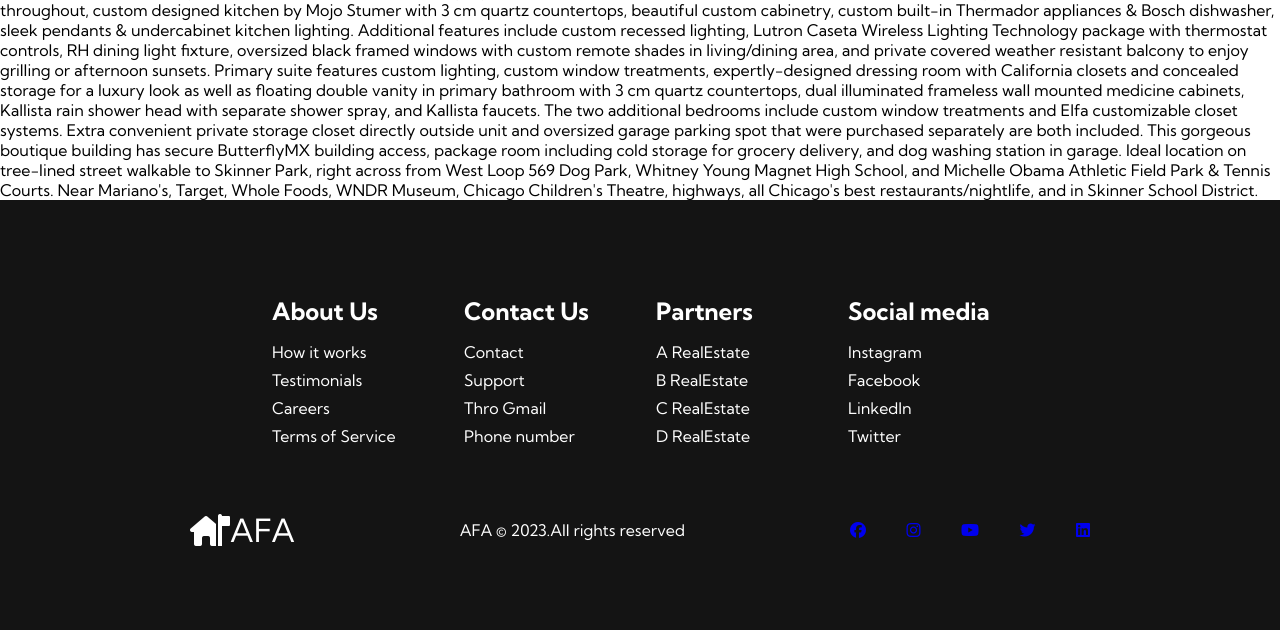
Repository: MrAllin1/ProgWWW_23_Gr1
Page: pages/Apartment1.html
These files come from the project's save history. The page is drawn as it stood at one moment and after the next save; the edit follows.
The browser window is 1280 px wide. The pictures show the part of the page from y = 709 to 1479 px (the page is 1339 px tall before and 1479 px after).
A picture or video elsewhere on the page could not be fetched, so the positions and the page height are approximate. Some web libraries are served in a nearby version.

Above is the page before, as saved 2024-01-11 01:47:22.

### pages/Apartment1.html
<!DOCTYPE html>
<html lang="en">
<head>
    <meta charset="UTF-8">
    <meta name="viewport" content="width=device-width, initial-scale=1.0">
    <link rel="stylesheet" type="text/css" href="../pages/stylesForHouse.css">
    <script src="https://kit.fontawesome.com/186711ed6a.js" crossorigin="anonymous"></script>
    <link rel="preconnect" href="https://fonts.googleapis.com">
    <link rel="preconnect" href="https://fonts.gstatic.com" crossorigin>
    <link href="https://fonts.googleapis.com/css2?family=Kumbh+Sans:wght@400;700&display=swap" rel="stylesheet">
    <title>Apartment on Chicago</title>
</head>
<body>
    <nav class="navbar">
        <div class="navbar_container">
            <a href="/" id="navbar_logo"> <i class="fas fa-house-flag"></i>AFA</a>
            <div class="navbar_toggle" id="mobile-menu">
                <span class="bar"></span>
                <span class="bar"></span>
                <span class="bar"></span>
            </div>
            <ul class="navbar_menu">
                <li class="navbar_item">
                    <a href="#home" class="navbar_link">Home</a>
                </li>
                <li class="navbar_item">
                    <a href="#services" class="navbar_link">Services</a>
                </li>
                <li class="navbar_item">
                    <a href="/pages/BuyRent.html" class="navbar_link">Buy/Rent</a>
                </li>
                <li class="navbar_item">
                    <a href="/pages/sell.html" class="navbar_link">Sell</a>
                </li>
                <li class="navbar_btn">
                    <a href="/pages/signUp.html" class="button">Sign Up</a>
                </li>
            </ul>
        </div>
    </nav>
    <div class="gallery-container">
        <h2>Welcome to the Chicago, IL 60607 Apartment</h2> </br>
        <a href="https://www.google.com/maps/place/1400+W+Monroe+St+Unit+3D,+Chicago,+IL+60607/@41.8921309,-87.6437649,17z/data=!3m1!4b1!4m5!3m4!1s0x880e2c022b8c54db:0xb0636704019237d3!8m2!3d41.8921309!4d-87.6415762" target="_blank" class="services_link1">1400 W Monroe St Unit 3D, Chicago, IL 60607</a> </br>
        <p>$1,135,000</p></br>
        <span> 171 square meters</span>
        <div class="gallery">
            <img src="/images/Apartment_1/item_1.jpg" alt="Image 1" />
            <img src="/images/Apartment_1/item_2.jpg" alt="Image 2" />
            <img src="/images/Apartment_1/item_3.jpg" alt="Image 3" />
            <img src="/images/Apartment_1/item_4.jpg" alt="Image 4" />
            <img src="/images/Apartment_1/item_5.JPG" alt="Image 5" />
            <img src="/images/Apartment_1/item_6.JPG" alt="Image 6" />
            <img src="/images/Apartment_1/item_7.JPG" alt="Image 7" />
            <img src="/images/Apartment_1/item_8.JPG" alt="Image 8" />
            <img src="/images/Apartment_1/item_9.JPG" alt="Image 9" />
            <img src="/images/Apartment_1/item_10.jpg" alt="Image 10" />
            <img src="/images/Apartment_1/item_11.jpg" alt="Image 11" />
            <img src="/images/Apartment_1/item_12.jpg" alt="Image 12" />
            <img src="/images/Apartment_1/item_13.jpg" alt="Image 13" />
            <img src="/images/Apartment_1/item_14.jpg" alt="Image 14" />
            <img src="/images/Apartment_1/item_15.JPG" alt="Image 15" />
            <img src="/images/Apartment_1/item_16.jpg" alt="Image 16" />
            <img src="/images/Apartment_1/item_17.jpg" alt="Image 17" />
            <img src="/images/Apartment_1/item_18.jpg" alt="Image 18" />
            <img src="/images/Apartment_1/item_19.jpg" alt="Image 19" />
            <img src="/images/Apartment_1/item_20.jpg" alt="Image 20" />
            <img src="/images/Apartment_1/item_21.jpg" alt="Image 21" />
            <img src="/images/Apartment_1/item_22.jpg" alt="Image 22" />
          </div>

          <button class="arrow-button left">&#8249;</button>
          <button class="arrow-button right">&#8250;</button>
          <p> About this home
            Stunning 3Bed/2.5Bath corner condo in the gorgeous, newer construction 1400 W Monroe Residences!
            Distinctly upgraded unit includes hardwood floors throughout, custom designed kitchen by Mojo Stumer
            with 3 cm quartz countertops, beautiful custom cabinetry, custom built-in Thermador appliances & Bosch
            dishwasher, sleek pendants & undercabinet kitchen lighting. Additional features include custom recessed
            lighting, Lutron Caseta Wireless Lighting Technology package with thermostat controls, RH dining light
            fixture, oversized black framed windows with custom remote shades in living/dining area, and private
            covered weather resistant balcony to enjoy grilling or afternoon sunsets. Primary suite features custom
            lighting, custom window treatments, expertly-designed dressing room with California closets and concealed
            storage for a luxury look as well as floating double vanity in primary bathroom with 3 cm quartz countertops,
            dual illuminated frameless wall mounted medicine cabinets, Kallista rain shower head with separate shower spray,
            and Kallista faucets. The two additional bedrooms include custom window treatments and Elfa customizable closet
            systems. Extra convenient private storage closet directly outside unit and oversized garage parking spot that
            were purchased separately are both included. This gorgeous boutique building has secure ButterflyMX building
            access, package room including cold storage for grocery delivery, and dog washing station in garage. Ideal
            location on tree-lined street walkable to Skinner Park, right across from West Loop 569 Dog Park, Whitney
            Young Magnet High School, and Michelle Obama Athletic Field Park & Tennis Courts. Near Mariano's, Target,
            Whole Foods, WNDR Museum, Chicago Children's Theatre, highways, all Chicago's best restaurants/nightlife,
            and in Skinner School District.</p>
    </div>


    <div class="footer_container">
        <div class="footer_links">
            <div class="footer_link-wrapper">
                <div class="footer_link-items">
                    <h2>About Us</h2>
                    <a href="/">How it works</a>
                    <a href="/">Testimonials</a>
                    <a href="/">Careers</a>
                    <a href="/">Terms of Service</a>
                </div>
                <div class="footer_link-items">
                    <h2>Contact Us</h2>
                    <a href="/">Contact</a>
                    <a href="/">Support</a>
                    <a href="/">Thro Gmail</a>
                    <a href="/">Phone number</a>
                </div>
            </div>
            <div class="footer_link-wrapper">
                <div class="footer_link-items">
                    <h2>Partners</h2>
                    <a href="/">A RealEstate</a>
                    <a href="/">B RealEstate</a>
                    <a href="/">C RealEstate</a>
                    <a href="/">D RealEstate</a>
                </div>
                <div class="footer_link-items">
                    <h2>Social media</h2>
                    <a href="https://www.instagram.com" target="_blank">Instagram</a>
                    <a href="https://www.facebook.com" target="_blank">Facebook</a>
                    <a href="https://www.linkedin.com" target="_blank">LinkedIn</a>
                    <a href="https://www.twitter.com" target="_blank">Twitter</a>
                </div>
            </div>
        </div>
        <div class="social_media">
            <div class="social_media-wrap">
                <div class="footer_logo">
                    <a href="/" id="footer_logo"> <i class="fas fa-house-flag"></i>AFA</a>
                </div>
                <p class="website_rights">AFA © 2023.All rights reserved</p>
                <div class="social_icons">
                    <a href="/" class="social_icon_link" target="_blank"><i class="fab fa-facebook"></i></a>
                    <a href="https://www.instagram.com" class="social_icon_link" target="_blank"><i class="fab fa-instagram"></i></a>
                    <a href="https://www.facebook.com" class="social_icon_link" target="_blank"><i class="fab fa-youtube"></i></a>
                    <a href="https://www.twitter.com" class="social_icon_link" target="_blank"><i class="fab fa-twitter"></i></a>
                    <a href="https://www.linkedin.com" class="social_icon_link" target="_blank"><i class="fab fa-linkedin"></i></a>
                </div>
            </div>
        </div>
    </div>

    <script src="../app.js"></script>

</body>
</html>

### pages/stylesForHouse.css
*{
    box-sizing: border-box;
    margin: 0;
    padding: 0;
    font-family:'Kumbh Sans', sans-serif;

}

.navbar{
    background: #131313;
    height: 80px;
    display: flex;
    justify-content: center;
    align-items: center;
    font-size: 1.2rem;
    position: sticky;
    top: 0;
    z-index: 999;
}
.navbar_container{
    display: flex;
    justify-content: space-between;
    height: 80px;
    z-index: 1;
    width: 100%;
    max-width: 1300px;
    margin: 0 auto;
    padding: 0 50px;
}
#navbar_logo{
    color: #ff8177;
    background-image:linear-gradient(to top,#ff0844 0%,#ffb199 100%);
    background-size: 100%;
    -webkit-background-clip: text;
    -moz-background-clip: text;
    -webkit-text-fill-color: transparent;
    -moz-text-fill-color: transparent;
    display: flex;
    align-items: center;
    cursor: pointer;
    text-decoration: none;
    font-size: 2rem;
}

.navbar_menu{
    display: flex;
    align-items: center;
    list-style: none;
    text-align: center;
}

.navbar_item{
    height: 80px;
}

.navbar_link{
    color: #fff;
    display: flex;
    align-items: center;
    justify-content: center;
    text-decoration: none;
    padding: 0rem 1rem;
    height: 100%;
}

.navbar_link:hover{
    color: #f77062;
    transition: all 0.3s ease;
}
.navbar_btn{
    display: flex;
    justify-content: center;
    align-items: center;
    padding: 0 1rem;
    width: 100%;
}
.button{
    display: flex;
    justify-content: center;
    align-items: center;
    text-decoration: none;
    padding: 10px 20px;
    height: 100%;
    width: 100%;
    border: none;
    outline: none;
    border-radius: 4px;
    background: #f77062;
    color: #fff;
}
.button:hover{
    background: whitesmoke;
    transition: all 0.3s ease;
    color: #f77062;
}

@media screen and (max-width:960px) {
    .navbar_container{
        display: flex;
        justify-content: space-between;
        height: 80px;
        z-index: 1;
        width: 100%;
        max-width: 1300px;
        padding: 0;
    }
    .navbar_menu{
        display: grid;
        grid-template-columns: auto;
        margin: 0;
        width: 100%;
        position: absolute;
        top: -1000px;
        opacity: 0;
        transition: all 0.5s ease;
        height: 50vh;
        z-index: -1;
        background: #131313;
    }
    .navbar_menu.active{
        top: 100%;
        opacity: 1;
        transition: all 0.5s ease;
        z-index: 1;
        height: 50vh;
        font-size: 1.6rem;
    }
    #navbar_logo{
        padding-left: 25px;
    }
    .navbar_toggle .bar{
        width: 25px;
        height: 3px;
        margin: 5px auto;
        transition: all 0.3s ease-in-out;
        background: #fff;
    }
    .navbar_item{
        width: 100%;
    }
    .navbar_link{
        text-align: center;
        padding: 2rem;
        width: 100%;
        display: table;
    }

    #mobile-menu{
        position: absolute;
        top: 20%;
        right: 5%;
        transform: translate(5%,20%);
    }

    .navbar_toggle .bar{
        display: block;
        cursor: pointer;
    }
    #mobile-menu.is-active .bar:nth-child(2){
        opacity: 0;
    }
    #mobile-menu.is-active .bar:nth-child(1){
        transform: translateY(8px) rotate(45deg);
    }
    #mobile-menu.is-active .bar:nth-child(3){
        transform: translateY(-8px) rotate(-45deg);
    }
    .navbar_btn{
        padding-bottom: 2rem;
    }
    .button{
        display: flex;
        justify-content: center;
        align-items:center;
        width: 80%;
        height: 80px;
        margin: 0;
    }
}



/* Hero section css*/

.main{
    background-color: #141414;
}
.main_container{
    display: grid;
    grid-template-columns: 1fr 1fr;
    align-items: center;
    justify-self:center ;
    margin: 0 auto;
    height: 90vh;
    background-color:#141414 ;
    z-index: 1;
    width: 100%;
    max-width: 1200px;
    padding: 0 50px;
}



/* Mobile Responsive */

@media screen and (max-width:768px) {
    .main_container{
        display: grid;
        grid-template-columns: auto;
        align-items: center;
        justify-self: center;
        width: 100%;
        margin: 0 auto;
        height: 90vh;
    }
    .main_content{
        text-align: center;
        margin-bottom: 4rem;
    }
    .main_content h1{
        font-size: 2.5rem;
        margin-top: 2rem;
    }
    .main_content h2{
        font-size: 3rem;
    }
    .main_content p{
        margin-top: 1rem;
        font-size: 1.2rem;
        color: whitesmoke;
    }
}

@media screen and (max-width:480px) {
    .main_content h1{
        font-size: 2rem;
        margin-top: 3rem;
    }
    .main_content h2{
        font-size: 2rem;
    }
    .main_content p{
        margin-top: 2rem;
        font-size: 1.5rem;
    }
    .main_btn{
        padding: 12px 36px;
        margin: 2.5rem 0;
    }
}
/* Services Section CSS */
.services{
    background: #141414;
    display: flex;
    flex-direction: column;
    align-items: center;
    height: 100vh;
}

.services h1{
    background-color: #ff8177;
    background-image: linear-gradient(to right, #ff8177,0%,#ff867a 0%,#ff8c7f 21%,#ff9185 52%,#cf556c 78%,#b12a5b 100%);
    background-size: 100%;
    margin-bottom: 5rem;
    font-size: 2.5rem;
    -webkit-background-clip: text;
    -moz-background-clip: text;
    -webkit-text-fill-color: transparent;
    -moz-text-fill-color: transparent;
}

.services_container{
    display: flex;
    justify-content: center;
    flex-wrap: wrap;
}
.gallery {
    display: flex;
    transition: transform 0.5s ease-in-out; /* Add transition for smoother shifting */

  }
  .gallery-container {
    position: relative;
    overflow: hidden; /* Ensure that the gallery is contained within its parent */
}

.gallery img {
    width: 50%; /* Adjusted to 100% for full width */
    height: 50%; /* Adjusted to 100% for full height */
    object-fit: cover; /* Maintain aspect ratio and cover the container */
    margin: 10px;
    padding: 10px;
}

  .arrow-button {
    position: absolute;
    top: 50%;
    transform: translateY(-50%);
    width: 50px;
    height: 50px;
    background-color: rgba(0, 0, 0, 0.5);
    border: none;
    border-radius: 50%;
    color: white;
    font-size: 24px;
    cursor: pointer;
  }

  .arrow-button:hover {
    background-color: rgba(0, 0, 0, 0.8);
  }

  .arrow-button.left {
    left: 0;
  }

  .arrow-button.right {
    right: 0;
  }
.services_card {
    margin: 1rem;
    height: 525px;
    width: 400px;
    border-radius: 4px;
    background-size: 100% 100%;
    background-repeat: no-repeat;
    position: relative;
    color: #fff;
    display: flex;
    justify-content: center;
    align-items: center;
}
.services_link{
    position: absolute;
    top: 350px;
    left: 30px;
    color: white;
    text-decoration: none;
}
.services_link1{
    position: absolute;
    top: 35px;
    color: black;
    text-decoration: none;
}

.services_card p {
    position: absolute;
    top: 400px;
    left: 30px;
}
.services_card span {
    position: absolute;
    top: 450px;
    left: 30px;
}
.view_button {
    background-image: linear-gradient(to top, #ff0844 0%, #ffb199 100%); /* Initial color */
    background-size: 100% 100%;
    color: #fff;
    padding: 10px 20px;
    border: none;
    outline: none;
    top: 50%;
    left: 50%;
    transform: translate(-50%, -50%);
    border-radius: 4px;
    margin-top: 10px;
    cursor: pointer;
    font-size: 1rem;
    transition: background 0.5s ease, transform 0.3s ease, opacity 0.3s ease;
    opacity: 1;
    transform: translateY(0);
}

.view_button:hover {
    background-image: linear-gradient(to top, #b721ff 0%, #21d4fd 100%);
    background-size: 100% 100%;
    background-position: center;
    color: #fff;
    transform: translateY(-10px);
    opacity: 0.9;
}
.Acard-1 {
    background-image: linear-gradient(
        to bottom,
        rgba(0,0,0,0.0) 0%,
        rgba(17,17,17,0.6) 100%
        ),
        url('/images/Apartment_1/item_1.jpg');
}

.Acard-2 {
    background-image: linear-gradient(
        to bottom,
        rgba(0,0,0,0.0) 0%,
        rgba(17,17,17,0.6) 100%
        ),
        url('/images/Apartment_2/Item_1.jpg');
}
.Acard-3 {
    background-image: linear-gradient(
        to bottom,
        rgba(0,0,0,0.0) 0%,
        rgba(17,17,17,0.6) 100%
        ),
        url('/images/Apartment_3/Item_1.jpg');
}

.Acard-4 {
    background-image: linear-gradient(
        to bottom,
        rgba(0,0,0,0.0) 0%,
        rgba(17,17,17,0.6) 100%
        ),
        url('/images/Apartment_4/Item_1.jpg');
}

.Acard-5 {
    background-image: linear-gradient(
        to bottom,
        rgba(0,0,0,0.0) 0%,
        rgba(17,17,17,0.6) 100%
        ),
        url('/images/Apartment_5/item_1.jpg');
}

.Acard-6 {
    background-image: linear-gradient(
        to bottom,
        rgba(0,0,0,0.0) 0%,
        rgba(17,17,17,0.6) 100%
        ),
        url('/images/Apartment_6/item_1.jpg');
}

.Acard-7 {
    background-image: linear-gradient(
        to bottom,
        rgba(0,0,0,0.0) 0%,
        rgba(17,17,17,0.6) 100%
        ),
        url('/images/Apartment_7/Item_1.jpg');
}

.Acard-8 {
    background-image: linear-gradient(
        to bottom,
        rgba(0,0,0,0.0) 0%,
        rgba(17,17,17,0.6) 100%
        ),
        url('/images/Apartment_8/item_1.jpg');
}

.Acard-9 {
    background-image: linear-gradient(
        to bottom,
        rgba(0,0,0,0.0) 0%,
        rgba(17,17,17,0.6) 100%
        ),
        url('/images/Apartment_9/item_1.jpg');
}


.Hcard-1 {
    background-image: linear-gradient(
        to bottom,
        rgba(0,0,0,0.0) 0%,
        rgba(17,17,17,0.6) 100%
        ),
        url('/images/House_1/item_1.jpg');
}
.Hcard-2 {
    background-image: linear-gradient(
        to bottom,
        rgba(0,0,0,0.0) 0%,
        rgba(17,17,17,0.6) 100%
        ),
        url('/images/House_2/Item_1.jpg');
}
.Hcard-3 {
    background-image: linear-gradient(
        to bottom,
        rgba(0,0,0,0.0) 0%,
        rgba(17,17,17,0.6) 100%
        ),
        url('/images/House_3/Item_1.jpg');
}
.Hcard-4 {
    background-image: linear-gradient(
        to bottom,
        rgba(0,0,0,0.0) 0%,
        rgba(17,17,17,0.6) 100%
        ),
        url('/images/House_4/Item_1.jpg');
}

.Hcard-5 {
    background-image: linear-gradient(
        to bottom,
        rgba(0,0,0,0.0) 0%,
        rgba(17,17,17,0.6) 100%
        ),
        url('/images/House_5/item_1.jpg');
}

.Hcard-6 {
    background-image: linear-gradient(
        to bottom,
        rgba(0,0,0,0.0) 0%,
        rgba(17,17,17,0.6) 100%
        ),
        url('/images/House_6/item_1.jpg');
}

.Hcard-7 {
    background-image: linear-gradient(
        to bottom,
        rgba(0,0,0,0.0) 0%,
        rgba(17,17,17,0.6) 100%
        ),
        url('/images/House_7/item_1.jpg');
}

.Hcard-8 {
    background-image: linear-gradient(
        to bottom,
        rgba(0,0,0,0.0) 0%,
        rgba(17,17,17,0.6) 100%
        ),
        url('/images/House_8/item_1.jpg');
}

.Hcard-9 {
    background-image: linear-gradient(
        to bottom,
        rgba(0,0,0,0.0) 0%,
        rgba(17,17,17,0.6) 100%
        ),
        url('/images/House_9/item_1.jpg');
}

/* Footer CSS   */

.footer_container {
    background: #141414;
    padding: 5rem 0;
    display: flex;
    flex-direction: column;
    justify-content: center;
    align-items: center;
}
#footer_logo{
    color: #fff;
    display: flex;
    align-items: center;
    cursor: pointer;
    text-decoration: none;
    font-size: 2rem;
}
.footer_links {
    width: 100%;
    max-width: 1000px;
    display: flex;
    justify-content: center;
}


.footer_link-wrapper{
    display: flex;
}
.footer_link-items{
    display: flex;
    flex-direction: column;
    align-items: flex-start;
    margin: 16px;
    text-align: left;
    width: 160px;
    box-sizing: border-box;
}

.footer_link-items h2{
    margin-bottom: 16px;
}

.footer_link-items > h2{
    color: #fff;
}
.footer_link-items a{
    color: #fff;
    text-decoration: none;
    margin-bottom: 0.5rem;
}
.footer_link-items a:hover{
    color: #e9e9e9;
    transition: 0.3s ease-out;
}

.social_icon-link{
    color: #fff;
    font-size: 24px;
}
.social_media{
    max-width: 1000px;
    width: 100%;
}
.social_media-wrap{
    display: flex;
    justify-content: space-between;
    align-items: center;
    width: 90%;
    max-width: 1000px;
    margin: 40px auto 0 auto;
}
.social_icons{
    display: flex;
    justify-content: space-between;
    align-items: center;
    width: 240px;
}
.social_logo{
    color: #fff;
    justify-self: start;
    cursor: pointer;
    text-decoration: none;
    font-size: 2rem;
    display: flex;
    align-items: center;
    margin-left: 20px;
    margin-bottom: 16px;
}

.website_rights{
    color: #fff;
}

@media screen and (max-width:820px){
    .footer_linkS{
       padding-top: 2rem;
    }
    .footer_logo{
        margin-bottom: 2rem;
    }
    .website_rights{
        margin-bottom: 2rem;
    }
    .footer_link-wrapper{
        flex-direction: column;
    }
    .social_media-wrap{
        flex-direction: column;
    }
}

@media screen and (max-width:480px) {
    .footer_link-items{
        margin: 0;
        padding: 10px;
        width: 100%;
    }

}
/* Video container*/
.video-container
{
    column-count:auto 25em;
    column-gap:40px;
    column-rule:none;
    -webkit-column-count:2;
    -moz-column-gap:20px;
    -ms-column-rule:none;

}
.video-container iframe {
    height: 50vh; /* 50% of the viewport height */
    width: 50vw; /* 80% of the viewport width */
    margin:20px;
}
#paragraph{
    margin: 20px;
    padding: 20px;
}

Loaded but not shown: app.js (155 lines, source omitted)

After the next save:
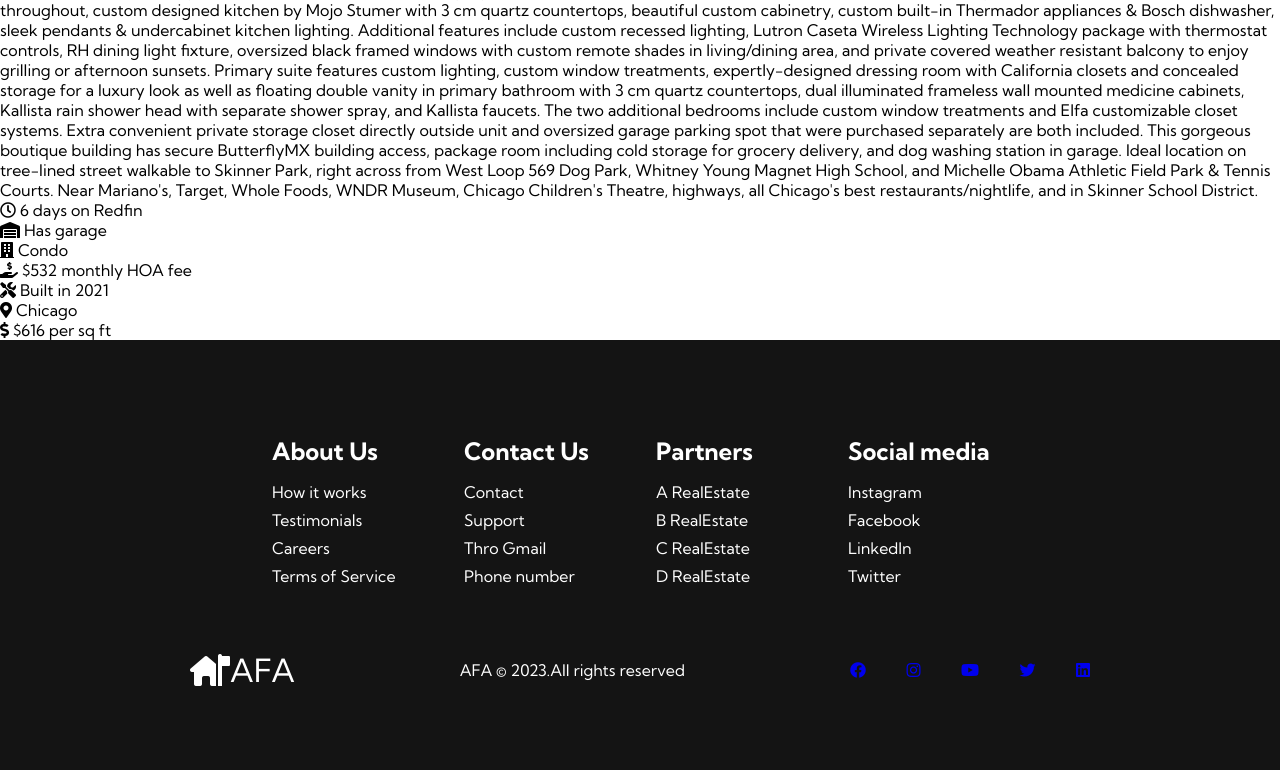
Saved 41 s later.
--- a/pages/Apartment1.html
+++ b/pages/Apartment1.html
@@ -8,6 +8,7 @@
     <link rel="preconnect" href="https://fonts.googleapis.com">
     <link rel="preconnect" href="https://fonts.gstatic.com" crossorigin>
     <link href="https://fonts.googleapis.com/css2?family=Kumbh+Sans:wght@400;700&display=swap" rel="stylesheet">
+    <link rel="stylesheet" href="https://cdnjs.cloudflare.com/ajax/libs/font-awesome/5.15.1/css/all.min.css">
     <title>Apartment on Chicago</title>
 </head>
 <body>
@@ -91,6 +92,30 @@
             and in Skinner School District.</p>
     </div>
 
+    <div class="property-features">
+      <div class="feature">
+        <i class="far fa-clock"></i> 6 days on Redfin
+      </div>
+      <div class="feature">
+        <i class="fas fa-warehouse"></i> Has garage
+      </div>
+      <div class="feature">
+        <i class="fas fa-building"></i> Condo
+      </div>
+      <div class="feature">
+        <i class="fas fa-hand-holding-usd"></i> $532 monthly HOA fee
+      </div>
+      <div class="feature">
+        <i class="fas fa-tools"></i> Built in 2021
+      </div>
+      <div class="feature">
+        <i class="fas fa-map-marker-alt"></i> Chicago
+      </div>
+      <div class="feature">
+        <i class="fas fa-dollar-sign"></i> $616 per sq ft
+      </div>
+    </div>
+
 
     <div class="footer_container">
         <div class="footer_links">
